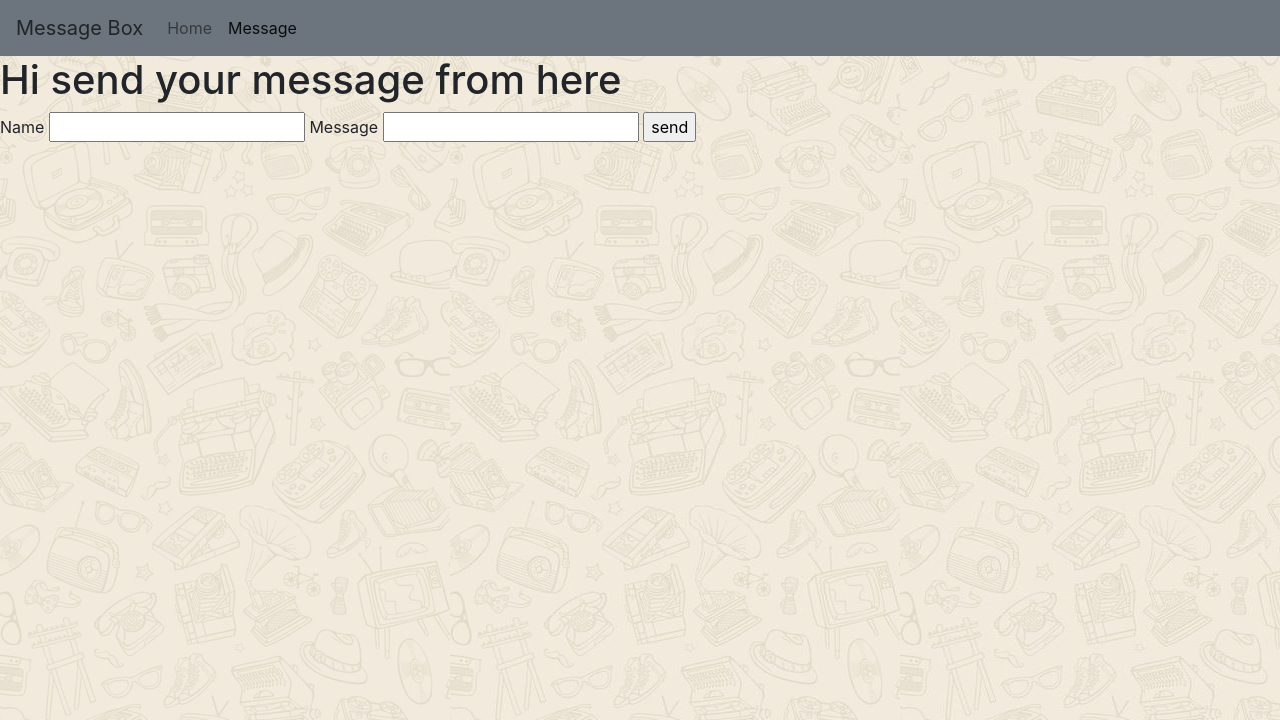
Repository: 05Mohammedismail/xworkz--Advance-Java
Page: Sep08_Servlets(HTML content as the HTTP response)/src/main/webapp/message.html
An editor plug-in stored every save of this project. The page is shown before and after the next save, followed by the edit.
The browser window is 1280 px wide. The pictures show the whole page.

Above is the page before, as saved 2023-09-10 20:04:33.

### Sep08_Servlets(HTML content as the HTTP response)/src/main/webapp/message.html
<!DOCTYPE html>
<html>
<head>
<meta charset="ISO-8859-1">
<meta name="viewport" content="width=device-width, initial-scale=1, shrink-to-fit=no">
<link rel="stylesheet" href="https://cdn.jsdelivr.net/npm/bootstrap@4.0.0/dist/css/bootstrap.min.css" integrity="sha384-Gn5384xqQ1aoWXA+058RXPxPg6fy4IWvTNh0E263XmFcJlSAwiGgFAW/dAiS6JXm" crossorigin="anonymous">
<title>Insert title here</title>
<style>
body{
background-image:url("background.jpg");
background-attachment: fixed;
}
</style>
</head>
<body>
<nav class="navbar navbar-expand-lg navbar-light bg-secondary">
  <a class="navbar-brand">Message Box</a>
  <button class="navbar-toggler" type="button" data-toggle="collapse" data-target="#navbarNav" aria-controls="navbarNav" aria-expanded="false" aria-label="Toggle navigation">
    <span class="navbar-toggler-icon"></span>
  </button>
  <div class="collapse navbar-collapse" id="navbarNav">
    <ul class="navbar-nav">
    <li class="nav-item">
        <a class="nav-link" href="index.html">Home</a>
      </li>
      <li class="nav-item active">
        <a class="nav-link" href="#">Message <span class="sr-only">(current)</span></a>
      </li>
    </ul>
  </div>
</nav>
<h1>Hi send your message from here</h1>
<form action="message">
Name <input type="text" name="name">
Message <input type="text" name="msg">
<input type="submit" value="send">
</form>
<script src="https://code.jquery.com/jquery-3.3.1.slim.min.js" integrity="sha384-q8i/X+965DzO0rT7abK41JStQIAqVgRVzpbzo5smXKp4YfRvH+8abtTE1Pi6jizo" crossorigin="anonymous"></script>
<script src="https://cdn.jsdelivr.net/npm/popper.js@1.14.7/dist/umd/popper.min.js" integrity="sha384-UO2eT0CpHqdSJQ6hJty5KVphtPhzWj9WO1clHTMGa3JDZwrnQq4sF86dIHNDz0W1" crossorigin="anonymous"></script>
<script src="https://cdn.jsdelivr.net/npm/bootstrap@4.3.1/dist/js/bootstrap.min.js" integrity="sha384-JjSmVgyd0p3pXB1rRibZUAYoIIy6OrQ6VrjIEaFf/nJGzIxFDsf4x0xIM+B07jRM" crossorigin="anonymous"></script>
</body>
</html>

After the next save:
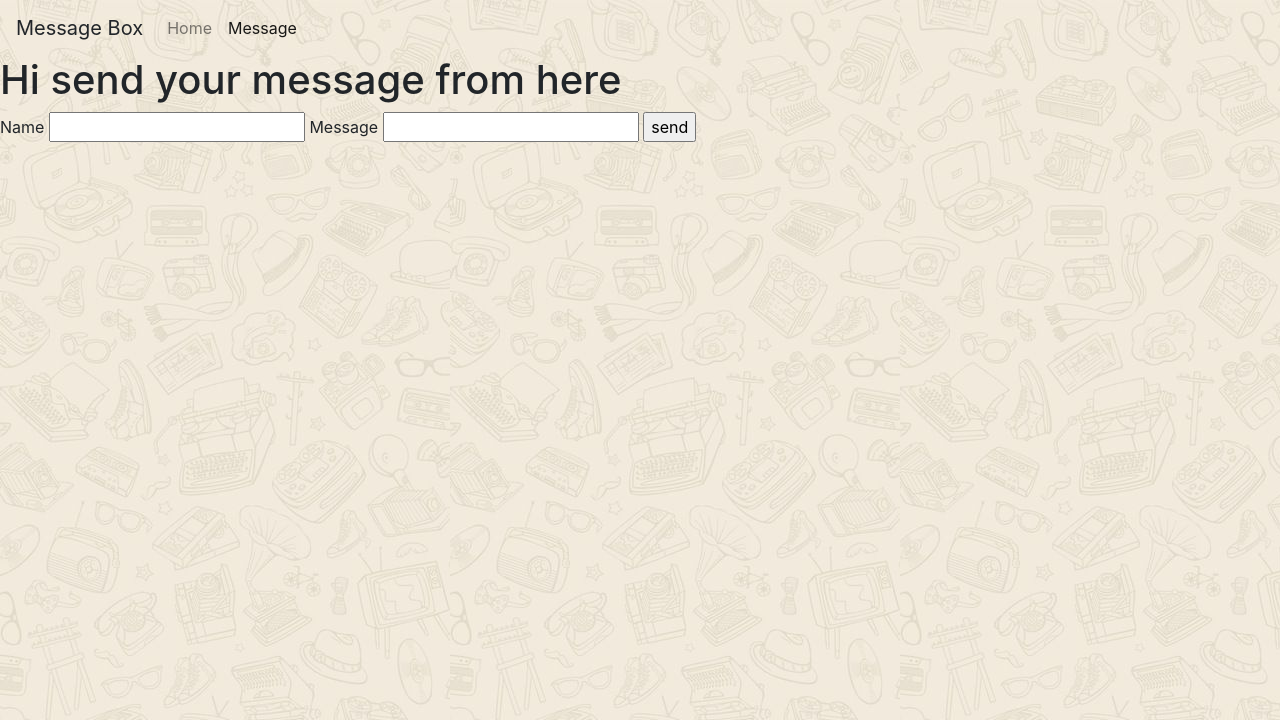
Saved 21 s later.
--- a/Sep08_Servlets(HTML content as the HTTP response)/src/main/webapp/message.html
+++ b/Sep08_Servlets(HTML content as the HTTP response)/src/main/webapp/message.html
@@ -13,7 +13,7 @@
 </style>
 </head>
 <body>
-<nav class="navbar navbar-expand-lg navbar-light bg-secondary">
+<nav class="navbar navbar-expand-lg navbar-light bg-muted">
   <a class="navbar-brand">Message Box</a>
   <button class="navbar-toggler" type="button" data-toggle="collapse" data-target="#navbarNav" aria-controls="navbarNav" aria-expanded="false" aria-label="Toggle navigation">
     <span class="navbar-toggler-icon"></span>

After the save that followed:
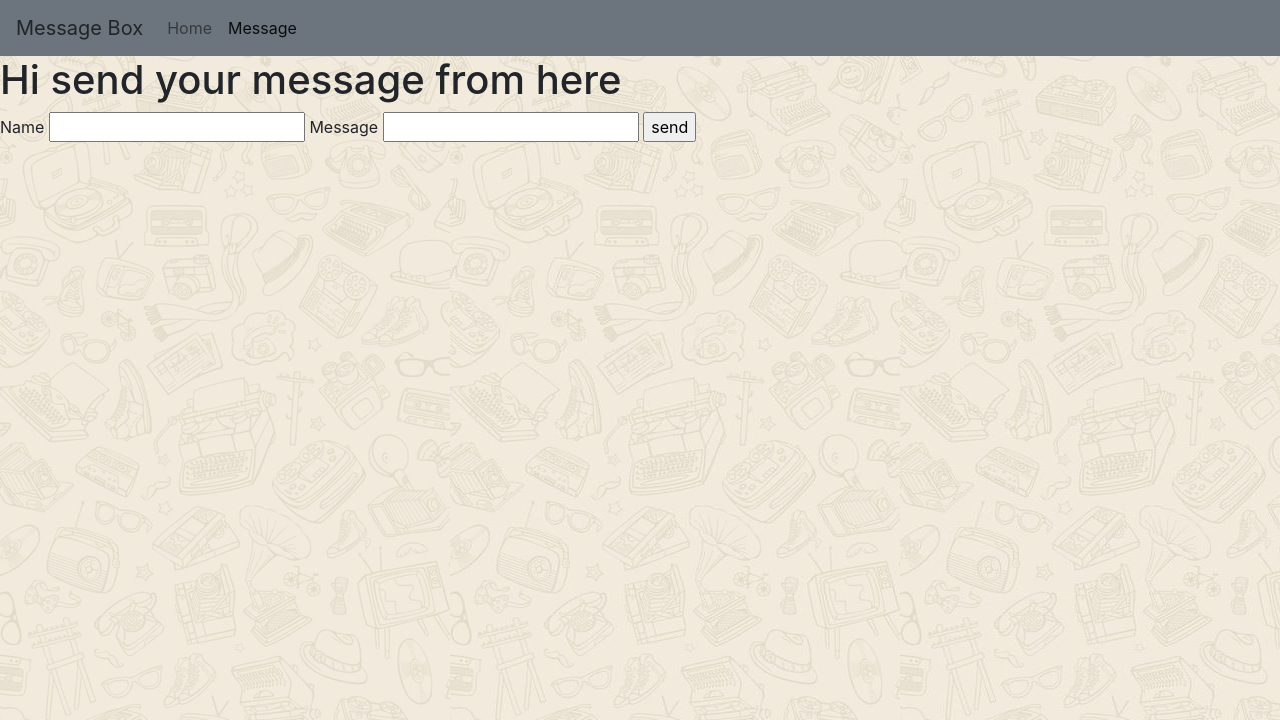
Saved 2 min 3 s later.
--- a/Sep08_Servlets(HTML content as the HTTP response)/src/main/webapp/message.html
+++ b/Sep08_Servlets(HTML content as the HTTP response)/src/main/webapp/message.html
@@ -13,7 +13,7 @@
 </style>
 </head>
 <body>
-<nav class="navbar navbar-expand-lg navbar-light bg-muted">
+<nav class="navbar navbar-expand-lg navbar-light bg-secondary">
   <a class="navbar-brand">Message Box</a>
   <button class="navbar-toggler" type="button" data-toggle="collapse" data-target="#navbarNav" aria-controls="navbarNav" aria-expanded="false" aria-label="Toggle navigation">
     <span class="navbar-toggler-icon"></span>
